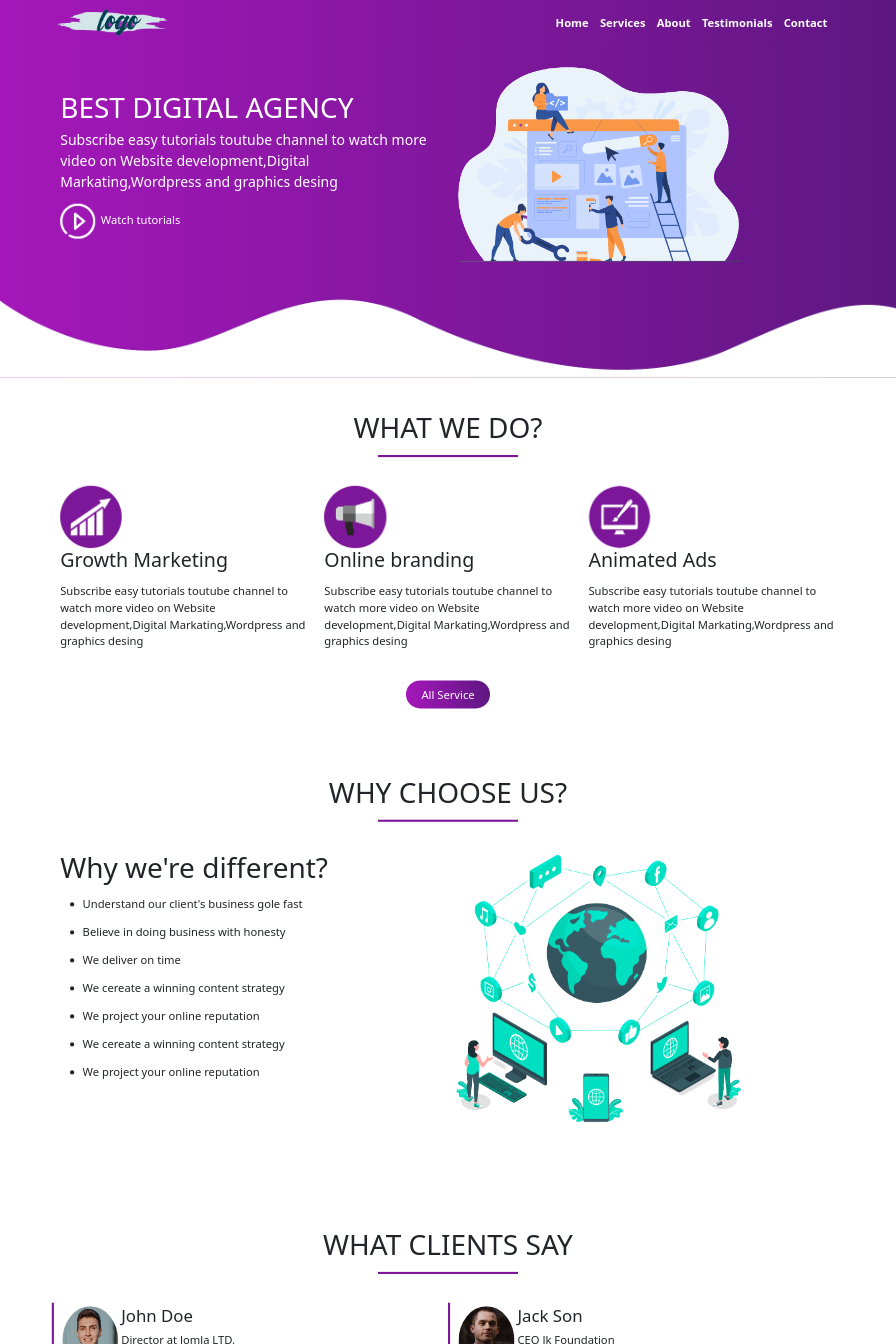
Repository: zjria/PSD-to-HTML-DIGITAL-AGENCY
Page: index.html
An editor plug-in stored every save of this project. The page is shown before and after the next save, followed by the edit.
The browser window is 1280 px wide. The pictures show the part of the page from y = 0 to 1920 px (the page is 2834 px tall), at 70% of full size.
Some web libraries are served in a nearby version.

Above is the page before, as saved 2022-05-12 00:41:09.
Console error: TypeError: Cannot read properties of null (reading 'classList')

### index.html
<!doctype html>
<html lang="en">
  <head>
    <!-- Required meta tags -->
    <meta charset="utf-8">
    <meta name="viewport" content="width=device-width, initial-scale=1">
    <title>DIGITAL AGENCY</title>
    <!-- Bootstrap CSS -->
    <link href="https://cdn.jsdelivr.net/npm/bootstrap@5.0.2/dist/css/bootstrap.min.css" rel="stylesheet">
    <!-- Font awesome link-->
    <link rel="stylesheet" href="https://cdnjs.cloudflare.com/ajax/libs/font-awesome/6.1.1/css/all.min.css">
    <!-- custom CSS  -->
    <link rel="stylesheet" href="css/style.css">
  </head>
  <body data-bs-spy="scroll" data-bs-target="#menu-scroll">
    <!-- Navbar Section Start -->
    <section class="header" id="Home">
        <nav class="navbar navbar-expand-md fixed-top" id="menu-csroll">
            <div class="container">
                <a href="#" class="navbar-brand">
                    <img src="img/h_logo.png" alt="" class="menu-icon img-fluid w-50">
                </a>
                <button class="navbar-toggler" data-bs-target="#menunavbarlink" data-bs-toggle="collapse" type="button">
                  <i class="fa-solid fa-bars text-white"></i>
                </button>
                <div class="collapse navbar-collapse fw-bold " id="menunavbarlink">
                  <ul class="navbar-nav ms-auto px-2 ">
                    <li class="nav-item ">
                      <a href="#Home" class="nav-link text-white">Home</a>
                    </li>
                    <li class="nav-item">
                      <a href="#Services" class="nav-link text-white">Services</a>
                    </li>
                    <li class="nav-item">
                      <a href="#About" class="nav-link text-white">About</a>
                    </li>
                    <li class="nav-item">
                      <a href="#Testimonials" class="nav-link text-white" >Testimonials</a>
                    </li>
                    <li class="nav-item">
                      <a href="#Contact" class="nav-link text-white">Contact</a>
                    </li>
                  </ul>
                </div>
            </div>
        </nav>
    </section>
    <!-- Navbar Section END -->
    <!-- Navbar Section Start -->
    <section class="" id="baner" id="Home">
      <div class="container p-3 py-5">
        <div class="row align-items-center text-white mt-5">
          <div class="col-md-6">
            <h1>BEST DIGITAL AGENCY</h1>
            <p class="lead">Subscribe easy tutorials toutube channel to watch more video on Website development,Digital Markating,Wordpress and graphics desing</p>
            <a href="#"><img src="img/play.png" class="img-fluid me-2 " alt=""><span>Watch tutorials</span></a>
          </div>
          <div class="col-md-6 m-auto">
            <img src="img/heder_logo.png" class="img-fluid w-75" alt="">
          </div>
        </div>
      </div>
      <img src="img/wave1.png" alt="" class="img-wave1 img-fluid">
    </section>
    <!-- Navbar Section END -->

    <!-- Service Section Start -->
      <section class="service-section" id="Services">
        <div class="container p-3 py-5">
          <div class="row">
            <h1 class="title">WHAT WE DO?</h1>
          </div>
          <div class="row mt-5">
            <div class="col-12 col-md-4 mb-2">
              <img src="img/service1.png" alt="" class="img-fluid w-25">
              <h3 class="mb-3">Growth Marketing</h3>
              <p>
                Subscribe easy tutorials toutube channel to watch more video on Website development,Digital Markating,Wordpress and graphics desing</p>
            </div>
            <div class="col-12 col-md-4 mb-2">
              <img src="img/service2.png" alt="" class="img-fluid w-25">
              <h3 class="mb-3">Online branding</h3>
              <p>
                Subscribe easy tutorials toutube channel to watch more video on Website development,Digital Markating,Wordpress and graphics desing</p>
            </div>
            <div class="col-12 col-md-4 mb-2">
              <img src="img/service3.png" alt="" class="img-fluid w-25">
              <h3 class="mb-3">Animated Ads</h3>
              <p>
                Subscribe easy tutorials toutube channel to watch more video on Website development,Digital Markating,Wordpress and graphics desing</p>
            </div>
          </div>
          <div class="row">
            <div class="com-12 text-center">
              <button type="button" class="services-button btn">All Service</button>
            </div>
          </div>
        </div>
      </section>
    <!-- Service Section End -->

    <!-- About Section Start -->
    <section class="about-section" id="About">
      <div class="container p-3 py-5">
        <div class="row">
          <h1 class="title">WHY CHOOSE US?</h1>
        </div>
        <div class="row my-5">
          <div class="col-md-6">
            <h1>Why we're different?</h1>
            <ul>
              <li class="py-2">Understand our client's business gole fast</li>
              <li class="py-2">Believe in doing business with honesty</li>
              <li class="py-2">We deliver on time</li>
              <li class="py-2">We cereate a winning content strategy</li>
              <li class="py-2">We project your online reputation</li>
              <li class="py-2">We cereate a winning content strategy</li>
              <li class="py-2">We project your online reputation</li>
            </ul>
          </div>
          <div class="col-md-6">
            <img src="img/networker.png" alt="" class="img-fluid w-75">
          </div>
        </div>
      </div>
    </section>

    <!-- About Section End -->

    <!-- Testimonial Start -->
    <section class="Testimonial-section" id="Testimonials">
      <div class="container p-3 py-5">
        <div class="row">
          <h1 class="title">WHAT CLIENTS SAY</h1>
        </div>
        <div class="row mt-5 man-img">
          <div class="col-12 col-md-6 mb-2 cline-div-style">
            <img src="img/man-1.png" alt="" class="img-fluid">
            <span class="d-inline-block mt-1">
              <h4>John Doe</h4>
              <p>Director at Jomla LTD.</p>
            </span>
            <p>
              Subscribe easy tutorials toutube channel to watch more video on Website development,Digital Markating,Wordpress and graphics desing</p>
          </div>
          <div class="col-12 col-md-6 mb-2 cline-div-style">
            <img src="img/man-2.png" alt="" class="img-fluid">
            <span class="d-inline-block mt-1">
              <h4>Jack Son</h4>
              <p>CEO Jk Foundation</p>
            </span>
            <p>
              Subscribe easy tutorials toutube channel to watch more video on Website development,Digital Markating,Wordpress and graphics desing</p>
          </div>
        </div>
      </div>
    </section>
    <!-- Testimonial End -->

    <!-- Social Section Start -->
    <section class="Social-section">
      <div class="container p-3 py-5">
        <div class="row">
          <h1 class="title">FIND US ON SOCISAL MEDIA</h1>
        </div>
        <div class="row pt-5 text-center">
          <div class="col-12">
            <a href="#"><img src="img/F.png" alt="" class="img-fluid"></a>
            <a href="#"><img src="img/T.png" alt="" class="img-fluid"></a>
            <a href="#"><img src="img/L.png" alt="" class="img-fluid"></a>
            <a href="#"><img src="img/I.png" alt="" class="img-fluid"></a>
            <a href="#"><img src="img/M.png" alt="" class="img-fluid"></a>
          </div>
        </div>
      </div>
    </section>
    <!-- Social Section End -->
    <!-- Footer Section Start -->
    <section class="Footer-section" id="Contact" >
      <img src="img/wave2.png" class="img-fluid" alt="">
      <div class="container p-3 py-5 text-light ">
        <div class="row mt-5">
          <div class="col-12 col-md-4 mb-2">
            <img src="img/h_logo.png" alt="" class="img-fluid w-50 mb-3">
            <p style="font-size: 18px; line-height: 32px;">
              Subscribe easy tutorials toutube channel to watch more video on Website development,Digital Markating,Wordpress and graphics desing</p>
          </div>
          <div class="col-12 col-md-4 mb-2 contract-style">
            <h3 class="mb-3">CONTACT US</h3>
            <p><i class="fa-solid fa-location-dot fab-icon"></i> World trade center, Bangalore</p>
            <p><i class="fa-solid fa-phone fab-icon"></i> +880174445-5443</p>
            <p><i class="fa-solid fa-envelope fab-icon"></i> xys@gmail.com</p>
          </div>
          <div class="col-12 col-md-4 mb-2" style="line-height: 65px;">
            <h3 class="mb-3">SUBSCRIBE NEWSLTTER</h3>
            <form>
              <div class="mb-3">
                <input type="email" class="form-control" id="exampleInputEmail1" aria-describedby="emailHelp" placeholder="Enter your E-mail">
              </div>
              <button type="submit" class="btn btn-primary btn-style">SUBSCRIBE</button>
            </form>
          </div>
        </div>

      </div>
    </section>
    <!-- Footer Section End -->


    <!-- Optional JavaScript; choose one of the two! -->
    <!-- Option 1: Bootstrap Bundle with Popper -->
    <script src="https://cdn.jsdelivr.net/npm/bootstrap@5.0.2/dist/js/bootstrap.bundle.min.js"></script>
  </body>
</html>

### css/style.css
.navbar{
    background-image: linear-gradient(to right, #a517ba,#5f1782)!important;
}
a.nav-link.text-white:hover {
    color: white;
    transition: 0.5s;
    margin: 0px 20px;
 }
 a.nav-link.text-white:hover {
     background: rgb(212, 127, 0);
     padding: 6px;
     border-radius: 3px;
     color: black;
 }
#baner{
    background-image: linear-gradient(to right, #a517ba,#5f1782)!important;
    align-items: center;
    margin: auto;
    justify-content: center;
}
#baner a img{
    width: 50px;
    align-items: center;
    margin: auto;
    justify-content: center;

}
#baner a{
    text-decoration: none;
    color: white;
}
.img-wave1{
    width: 100%;
}

/* Service Section */
.title{
    text-align: center;
}
.title::after{
    content: "";
    display: block;
    background: #7B1798;
    height: 3px;
    width: 200px;
    margin: auto;
    transform: translateY(15px);
}

.services-button {
    background-image: linear-gradient(to right, #a517ba,#5f1782);
    color: white;
    border: none;
    width: 120px;
    height: 40px;
    margin: auto;
    border-radius: 20px;
    margin-top: 20px;
}
/* Testimonial-section Section Start  */
.Testimonial-section .man-img img{
    width: 80px;
    border-radius: 50%;
}
/* Cline-section Section Start  */
.cline-div-style{
    border-left: 3px solid #7B1798;
}
/* Social-section */
section.Social-section {
    background-color: #F8F9FA;
}
.Social-section a{
    margin: 5px;

}
.Social-section img{
    width: 35px;
    border-radius: 10px 20px 30px 40px;
    transition: 0.5s;
}
.Social-section img:hover{
    transform: translateY(-15px);
}

/* Footer Section */
.Footer-section{
    background-image: linear-gradient(to right, #a517ba,#5f1782)!important;
}
.Footer-section{
    background-image: linear-gradient(to right, #a517ba,#5f1782)!important;
    align-items: center;
    margin: auto;
    justify-content: center;
}
.contract-style p{
    margin: 10px 0px;
    font-size: 18px;
}
.contract-style .fab-icon {
    font-size: 20px;
    background-image: linear-gradient(to right, #a517ba,#5f1782)!important;
    width: 40px;
    height: 40px;
    border-radius: 4px;
    padding-top: 7px;
    margin-right: 10px;
    text-align: center;
}
.btn-style {
    background-image: linear-gradient(to right, #a517ba,#5f1782)!important;
    border: none;
    border-radius: 0px;
}

After the next save:
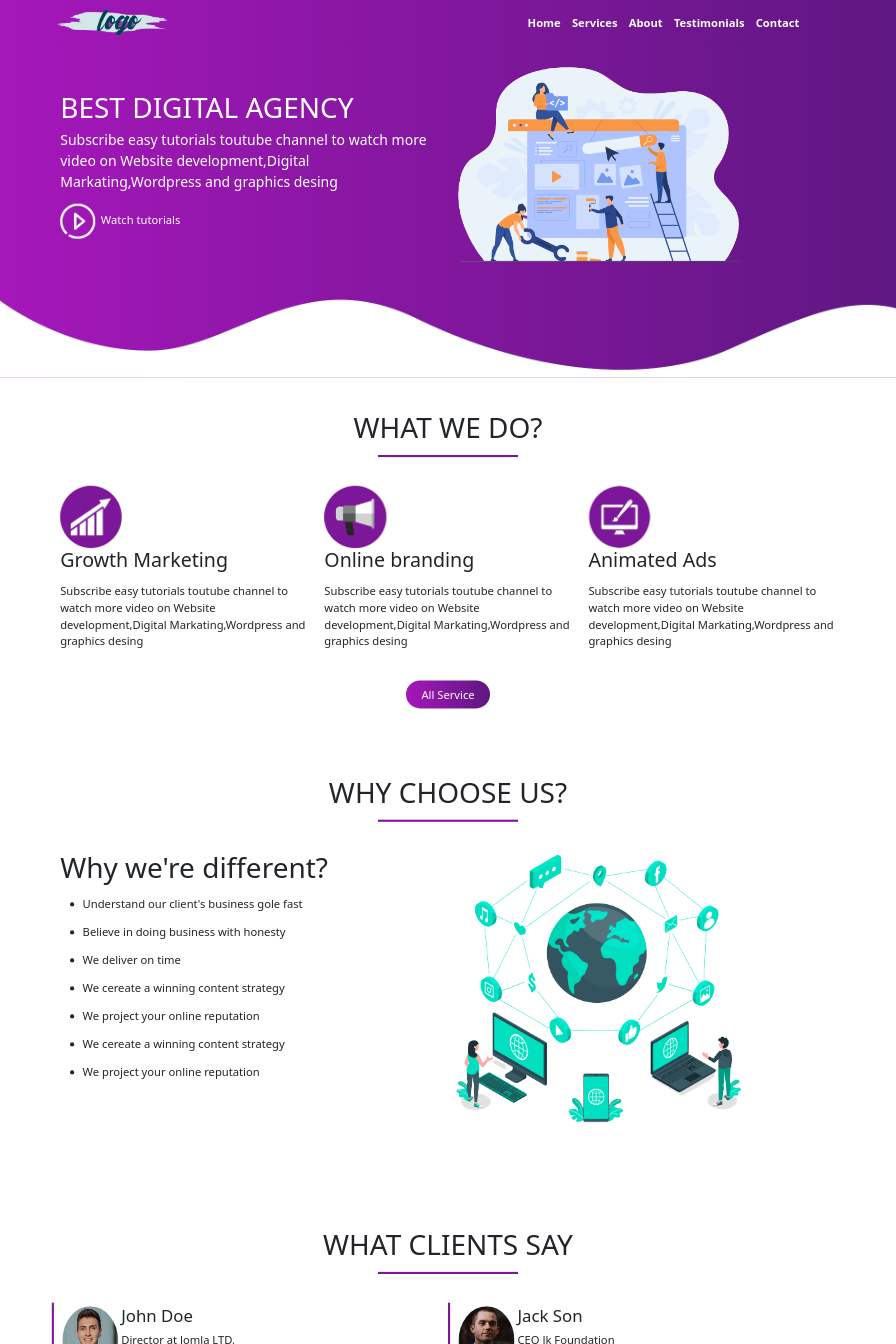
Saved 42 s later.
--- a/index.html
+++ b/index.html
@@ -24,7 +24,7 @@
                   <i class="fa-solid fa-bars text-white"></i>
                 </button>
                 <div class="collapse navbar-collapse fw-bold " id="menunavbarlink">
-                  <ul class="navbar-nav ms-auto px-2 ">
+                  <ul class="navbar-nav ms-auto px-5 ">
                     <li class="nav-item ">
                       <a href="#Home" class="nav-link text-white">Home</a>
                     </li>
